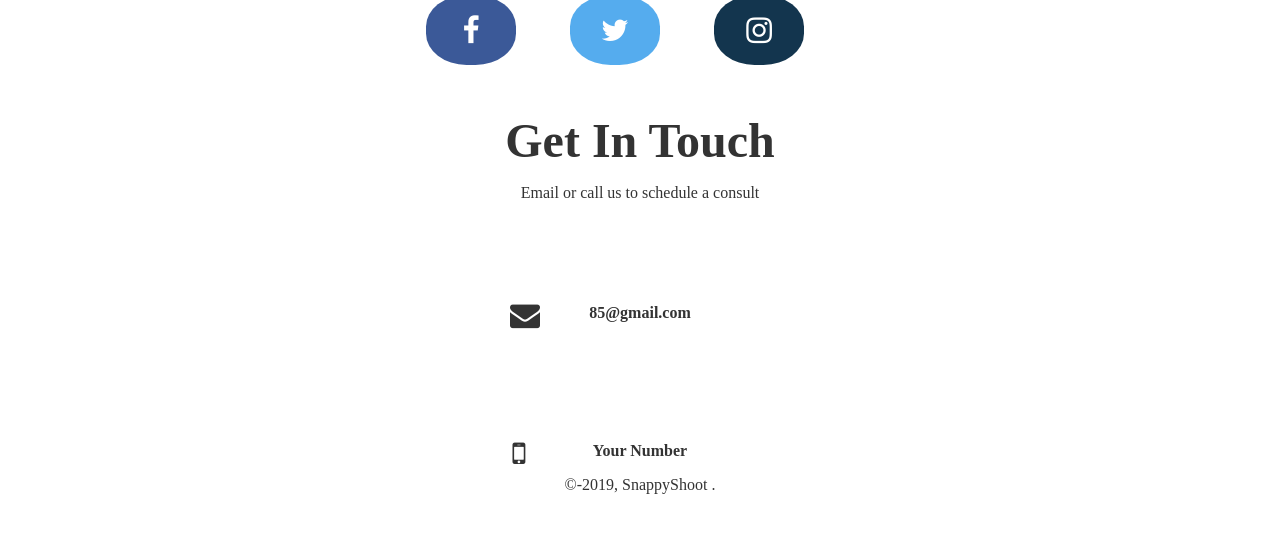
Repository: konstantin0s/mobile-photography
Page: index.html
The author's editor kept a copy of each file at every save. The page is drawn from the files as they stood at one save, then again after the next save.
The browser window is 1280 px wide. The pictures show the part of the page from y = 4272 to 5224 px (the page is 4806 px tall before and 5224 px after).

Above is the page before, as saved 2019-05-16 20:31:43.

After the next save:
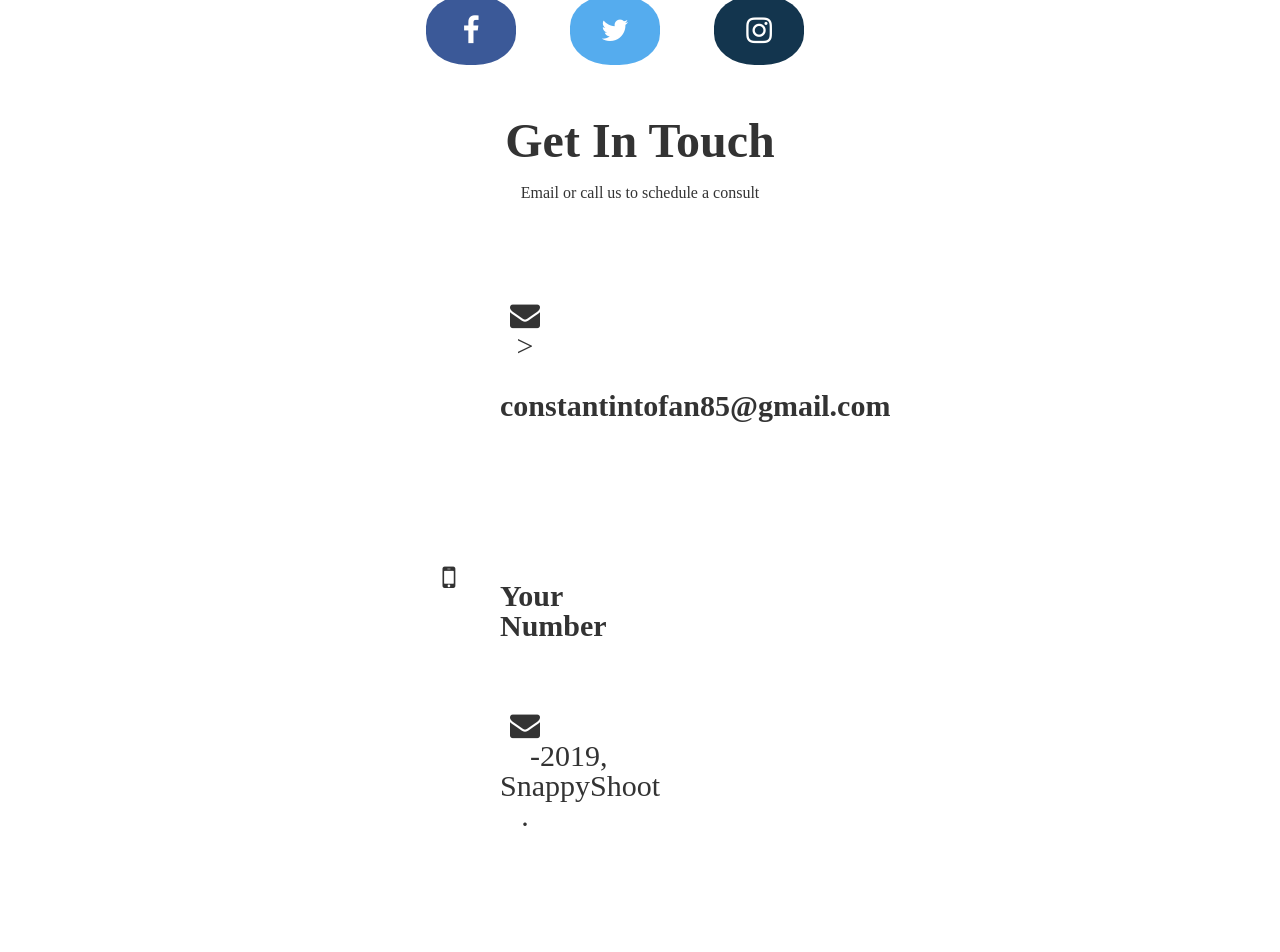
Saved 48 s later.
--- a/index.html
+++ b/index.html
@@ -89,8 +89,8 @@
   <h3>Get In Touch</h3>
   <p>Email or call us to schedule a consult</p>
  <div class="container">
-    <i class="fa fa-envelope fa-5x" aria-hidden="true"></i
-      ><p><strong>85@gmail.com</strong>
+    <i class="fa fa-envelope fa-5x" aria-hidden="true"></i<br />
+      ><p><strong>constantintofan85@gmail.com</strong>
     </p> <br />
     <i class="fa fa-mobile fa-5x" aria-hidden="true"></i>
      <p> <strong>Your Number</strong></p>
